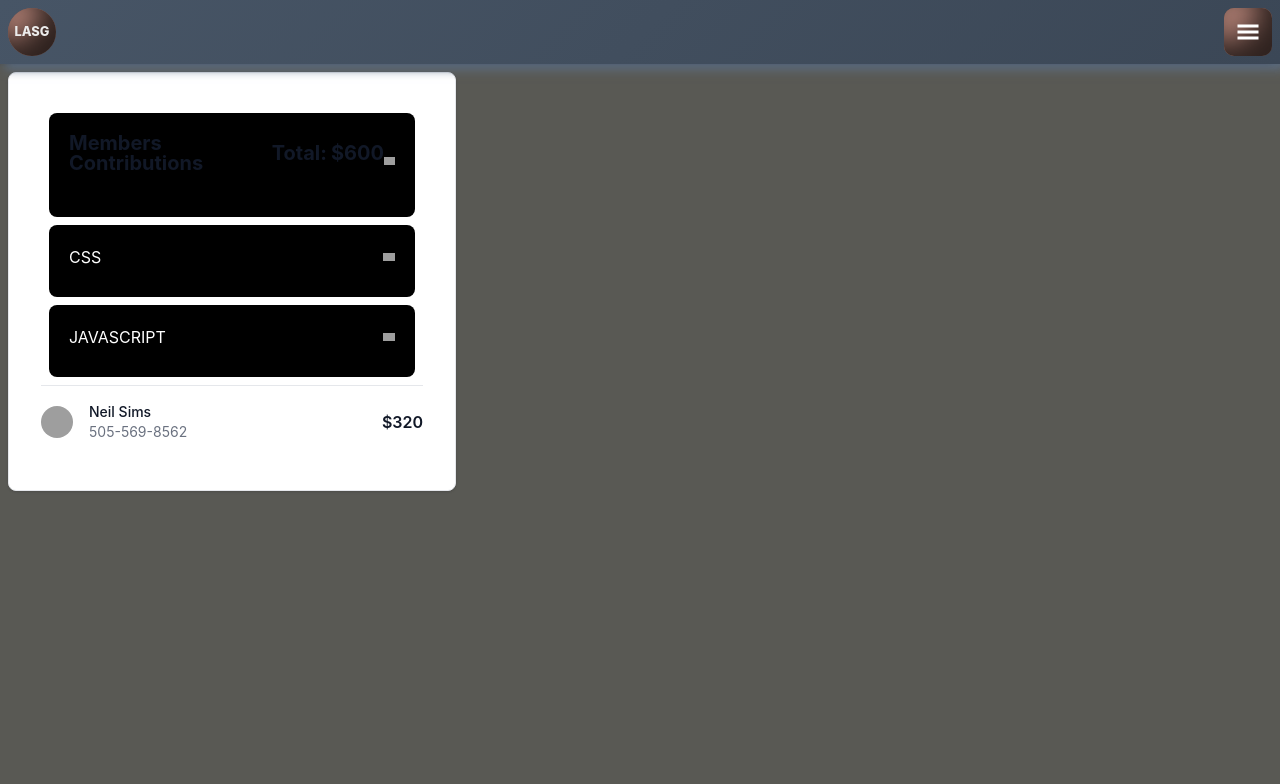
Repository: ShindanoSingi/LA-Swahili-Group
Page: /about (app in client/)
The author's editor kept a copy of each file at every save. The page is drawn from the files as they stood at one save, then again after the next save.
The browser window is 1280 px wide. The pictures show the whole page.
Pictures or frames that could not be fetched are drawn as grey boxes. The project was rebuilt for these pictures with package versions that can differ from the ones it lists, and the page was loaded fresh each time. Also part of the build but not shown: client/src/pages/error/Error.css, client/src/pages/error/Error.js, client/src/pages/home/Home.js, client/src/pages/contact/Contact.js, client/src/pages/login/Login.js, client/src/pages/userDashBoard/UserDashBoard.js.

Above is the page before, as saved 2024-02-09 12:37:30.

### client/src/index.js
import React from 'react';
import ReactDOM from 'react-dom/client';
import './index.css';
import App from './App';
import reportWebVitals from './reportWebVitals';
import { Provider } from "react-redux";
import store from './redux/store';
import { BrowserRouter } from 'react-router-dom';


const root = ReactDOM.createRoot(document.getElementById('root'));
root.render(
  <Provider store={store}>
    <BrowserRouter>
    <App />
    </BrowserRouter>
  </Provider>
);

// If you want to start measuring performance in your app, pass a function
// to log results (for example: reportWebVitals(console.log))
// or send to an analytics endpoint. Learn more: https://bit.ly/CRA-vitals
reportWebVitals();

### client/src/index.css
@tailwind base;
@tailwind components;
@tailwind utilities;

:root{
  --primary: #424F5F;
  --secondary: #F3F3F3;
  --tertiary: #F4A261;
  --quaternary: #2A9D8F;
  --quinary: #E9C46A;

}

body {
  margin: 0;
  font-family: -apple-system, BlinkMacSystemFont, 'Segoe UI', 'Roboto', 'Oxygen',
    'Ubuntu', 'Cantarell', 'Fira Sans', 'Droid Sans', 'Helvetica Neue',
    sans-serif;
  -webkit-font-smoothing: antialiased;
  -moz-osx-font-smoothing: grayscale;
}

.container{
  max-height: 100vh;
  background-color: var(--primary);
}

.container {
  display: flex;
  justify-content: center;
  align-items: center;
  height: 100vh;
}

.logo{
  height: 100dvh;
}

### client/src/App.js
import Header from "./components/header/Header";
import Error from "./pages/error/Error";
import Home from "./pages/home/Home";
import { Routes, Route, useNavigate } from "react-router-dom";
import About from "./pages/about/About";
import Contact from "./pages/contact/Contact";
import Login from "./pages/login/Login";
import UserDashBoard from "./pages/userDashBoard/UserDashBoard";
import SuperUsersDashBoard from "./pages/superUsersDashBoard/SuperUsersDashBoard";
import { useEffect } from "react";


function App() {

      const navigate = useNavigate()

      const user = 'superuser';

      useEffect(() => {
            if (user === 'superuser') {
                  navigate('/superuser')
            }
      })

      return (
            <>
                  <Header />
                  <Routes>
                        <Route path="/" element={<Home />} />
                        <Route path="/about" element={<About />} />
                        <Route path="/contact" element={<Contact />} />
                        <Route path="/login" element={<Login />} />
                        <Route path="/user" element={<UserDashBoard/>} />
                        <Route path="/superuser" element={<SuperUsersDashBoard/>} />
                        <Route path="/admin" element={<adminDashBoard/>} />
                        <Route
                              path="/:rest*"
                              element={
                                    <h1>
                                          <Error />
                                    </h1>
                              }
                        />
                  </Routes>
            </>
      );
}

export default App;

### client/src/redux/store.js
import { configureStore } from "@reduxjs/toolkit";

import userReducer from "./userSlice";

const store = configureStore({
    reducer: {
        userReducer,
    },
});

export default store;

### client/src/components/header/Header.js
import React, { useState } from "react";
import "./Header.css";
import { GiHamburgerMenu } from "react-icons/gi";
import { Link } from "react-router-dom";

function Header() {
      const [show, setShow] = useState(false);

      return (
            <div className="header fixed top-0 w-full flex items-center justify-between p-2">
                  <div className="w-12 h-12 rounded-full text-[0.8rem] logo-button flex font-extrabold text-[#EBEBEB] justify-center items-center">
                        LASG
                  </div>
                  <div className="hambourger h-12 w-12 flex items-center justify-center">
                        <GiHamburgerMenu
                              className="text-[#FFFFFF] text-2xl"
                              onClick={() => setShow(!show)}
                        />
                  </div>
                  {show && (
                        <ul className="flex flex-col items-center p-2 top-[4.2rem] right-2 menu text-[#FFFFFF] absolute">
                              <Link to="/" onClick={() => setShow(!show)}>
                                    <li className="menu-item">Home</li>
                              </Link>
                              <Link to="/about" onClick={() => setShow(!show)}>
                                    <li className="menu-item">About</li>
                              </Link>
                              <Link
                                    to="/contact"
                                    onClick={() => setShow(!show)}
                              >
                                    <li className="menu-item">Contact</li>
                              </Link>
                              <Link to="/login" onClick={() => setShow(!show)}>
                                    <li className="menu-item">Login</li>
                              </Link>
                        </ul>
                  )}
            </div>
      );
}

export default Header;

### client/src/pages/about/About.js
import React from "react";

function About() {
      return (
            <div className="mt-[4rem] min-h-[100vh] bg-cyan-700">
                  <div className="block max-w-sm p-6 bg-white border border-gray-200 rounded-lg shadow hover:bg-gray-100 dark:bg-gray-800 dark:border-gray-700 dark:hover:bg-gray-700">
                        <h5 className="mb-2 text-2xl font-bold tracking-tight text-gray-900 dark:text-white">
                              About Us
                        </h5>
                        <p className="font-normal text-gray-700 dark:text-gray-400">
                              Lorem ipsum dolor sit amet, consectetur adipiscing
                              elit. Sed do eiusmod tempor incididunt ut labore
                              et dolore magna aliqua. Ut enim ad minim veniam,
                              quis nostrud exercitation ullamco laboris nisi ut
                              aliquip ex ea commodo consequat. Duis aute irure
                              dolor in reprehenderit in voluptate velit esse
                              cillum dolore eu fugiat nulla pariatur. Excepteur
                              sint occaecat cupidatat non proident, sunt in
                              culpa qui officia deserunt mollit anim id est
                              laborum. Lorem ipsum dolor sit amet, consectetur
                              adipiscing elit. Nulla nec libero eu arcu
                              efficitur iaculis. Vestibulum sit amet semper
                              risus. Donec convallis nisi non tortor euismod,
                              vitae convallis ex tincidunt. Nullam luctus
                              tincidunt lacus, in ultricies enim malesuada non.
                              Sed ac purus in nunc dignissim ultrices nec eu
                              nisi. Duis vel lectus vel libero molestie
                              fermentum. Sed in dictum lacus. Lorem ipsum dolor
                              sit amet, consectetur adipiscing elit. Morbi
                              lobortis vestibulum odio, vitae dignissim justo
                              ultricies sit amet. Vestibulum sed fringilla leo,
                              eget egestas tellus. Curabitur non felis sit amet
                              eros tincidunt ullamcorper. Vestibulum nec diam
                              risus. Cras tincidunt felis nec justo ultricies
                              condimentum. Quisque porttitor eros vitae libero
                              venenatis, id dictum justo fringilla. Donec eu
                              ante vitae odio pharetra rutrum eget nec sem.
                        </p>
                  </div>
            </div>
      );
}

export default About;

### client/src/pages/superUsersDashBoard/SuperUsersDashBoard.js
import React from "react";

function SuperUsersDashBoard() {
      return (
            <div className="mt-[4rem] pt-2 px-2 min-h-[100vh] bg-[#595954] text-[#FFFFFF]">
                  <div className="w-full max-w-md p-4 bg-white border border-gray-200 rounded-lg shadow sm:p-8 dark:bg-gray-800 dark:border-gray-700">

                        <div className="flow-root max-h-[82vh] overflow-y-auto">
                              <ul
                                    role="list"
                                    className="divide-y divide-gray-200 dark:divide-gray-700"
                              >
                                    <div class="m-2 space-y-2">
                                          <div
                                                class="group flex flex-col gap-2 rounded-lg bg-black p-5 text-white"
                                                tabindex="1"
                                          >
                                                <div class="flex cursor-pointer items-center justify-between">
                                                <div className="flex items-center justify-between mb-4">
                              <h5 className="text-xl font-bold leading-none text-gray-900 dark:text-white">
                                    Members Contributions
                              </h5>
                              <div className="flex gap-1">
                                    <h2 className="text-xl font-bold leading-none text-gray-900 dark:text-white">
                                          Total:
                                    </h2>
                                    <h2 className="text-xl font-bold leading-none text-gray-900 dark:text-white">
                                          $600
                                    </h2>
                              </div>
                        </div>
                                                      <img
                                                            src="https://upload.wikimedia.org/wikipedia/commons/9/96/Chevron-icon-drop-down-menu-WHITE.png"
                                                            class="h-2 w-3 transition-all duration-500 group-focus:-rotate-180"
                                                      />
                                                </div>
                                                <div class="invisible h-auto max-h-0 items-center opacity-0 transition-all group-focus:visible group-focus:max-h-screen group-focus:opacity-100 group-focus:duration-1000">
                                                      Lorem ipsum dolor sit
                                                      amet, consectetur
                                                      adipiscing elit, sed do
                                                      eiusmod tempor incididunt
                                                      ut labore et dolore magna
                                                      aliqua. Ut enim ad minim
                                                      veniam, quis nostrud
                                                      exercitation ullamco
                                                      laboris nisi ut aliquip ex
                                                      ea commodo consequat.
                                                </div>
                                          </div>

                                          <div
                                                class="group flex flex-col gap-2 rounded-lg bg-black p-5 text-white"
                                                tabindex="2"
                                          >
                                                <div class="flex cursor-pointer items-center justify-between">
                                                      <span> CSS </span>
                                                      <img
                                                            src="https://upload.wikimedia.org/wikipedia/commons/9/96/Chevron-icon-drop-down-menu-WHITE.png"
                                                            class="h-2 w-3 transition-all duration-500 group-focus:-rotate-180"
                                                      />
                                                </div>
                                                <div class="invisible h-auto max-h-0 items-center opacity-0 transition-all group-focus:visible group-focus:max-h-screen group-focus:opacity-100 group-focus:duration-1000">
                                                      Lorem ipsum dolor sit
                                                      amet, consectetur
                                                      adipiscing elit, sed do
                                                      eiusmod tempor incididunt
                                                      ut labore et dolore magna
                                                      aliqua. Ut enim ad minim
                                                      veniam, quis nostrud
                                                      exercitation ullamco
                                                      laboris nisi ut aliquip ex
                                                      ea commodo consequat.
                                                </div>
                                          </div>

                                          <div
                                                class="group flex flex-col gap-2 rounded-lg bg-black p-5 text-white"
                                                tabindex="3"
                                          >
                                                <div class="flex cursor-pointer items-center justify-between">
                                                      <span> JAVASCRIPT </span>
                                                      <img
                                                            src="https://upload.wikimedia.org/wikipedia/commons/9/96/Chevron-icon-drop-down-menu-WHITE.png"
                                                            class="h-2 w-3 transition-all duration-500 group-focus:-rotate-180"
                                                      />
                                                </div>
                                                <div class="invisible h-auto max-h-0 items-center opacity-0 transition-all group-focus:visible group-focus:max-h-screen group-focus:opacity-100 group-focus:duration-1000">
                                                      Lorem ipsum dolor sit
                                                      amet, consectetur
                                                      adipiscing elit, sed do
                                                      eiusmod tempor incididunt
                                                      ut labore et dolore magna
                                                      aliqua. Ut enim ad minim
                                                      veniam, quis nostrud
                                                      exercitation ullamco
                                                      laboris nisi ut aliquip ex
                                                      ea commodo consequat.
                                                </div>
                                          </div>
                                    </div>

                                    <li className={`py-3 sm:py-4`}>
                                          <div className="flex items-center">
                                                <div className="flex-shrink-0">
                                                      <img
                                                            className="w-8 h-8 rounded-full"
                                                            src="https://picsum.photos/200/300"
                                                            alt="Neil imager"
                                                      />
                                                </div>
                                                <div className="flex-1 min-w-0 ms-4">
                                                      <p className="text-sm font-medium text-gray-900 truncate dark:text-white">
                                                            Neil Sims
                                                      </p>
                                                      <p className="text-sm text-gray-500 truncate dark:text-gray-400">
                                                            505-569-8562
                                                      </p>
                                                </div>
                                                <div className="inline-flex items-center text-base font-semibold text-gray-900 dark:text-white">
                                                      $320
                                                </div>
                                          </div>
                                    </li>
                              </ul>
                        </div>
                  </div>
            </div>
      );
}

export default SuperUsersDashBoard;

### client/src/redux/userSlice.js
import {createSlice} from '@reduxjs/toolkit';

const userSlice = createSlice({
    name: 'user',
    initialState: {
        user: null,
    },
    reducers: {
        setUser: (state, action) => {
            state.user = action.payload;
        },
    },
});

export const {setUser} = userSlice.actions;
export default userSlice.reducer;

### client/src/components/header/Header.css
.header {
    border-radius: 0px;
background: linear-gradient(315deg, #3b4756, #475566);
box-shadow:  -5px -5px 10px #262e37,
             5px 5px 10px #5e7087;
}

.logo-button {
    border-radius: 50%;
    background: #6E5049;
    box-shadow: inset -14px -14px 27px #2d211e, inset 14px 14px 27px #af7f74;
}

.hambourger {
    border-radius: 10px;
    background: #6E5049;
    box-shadow: inset -14px -14px 27px #2d211e, inset 14px 14px 27px #af7f74;
}

.menu {
    border-radius: 9px;
    background: #3E5F75;
    box-shadow: inset -5px -5px 10px #38556c, inset 5px 5px 10px #5885a8;
    padding: 0.5rem;
}

.menu-item{
    border-radius: 7px;
background: #486D8A;
box-shadow: inset -15px -15px 13px #2a3f50,
            inset 15px 15px 13px #669bc4;
            width: 5rem;
            text-align: center;
            margin: 0.2rem;
            padding: 0.2rem 0.5rem;
}

Loaded but not shown: client/public/index.html (common file); client/src/reportWebVitals.js (common file); client/tailwind.config.js (common file)

After the next save:
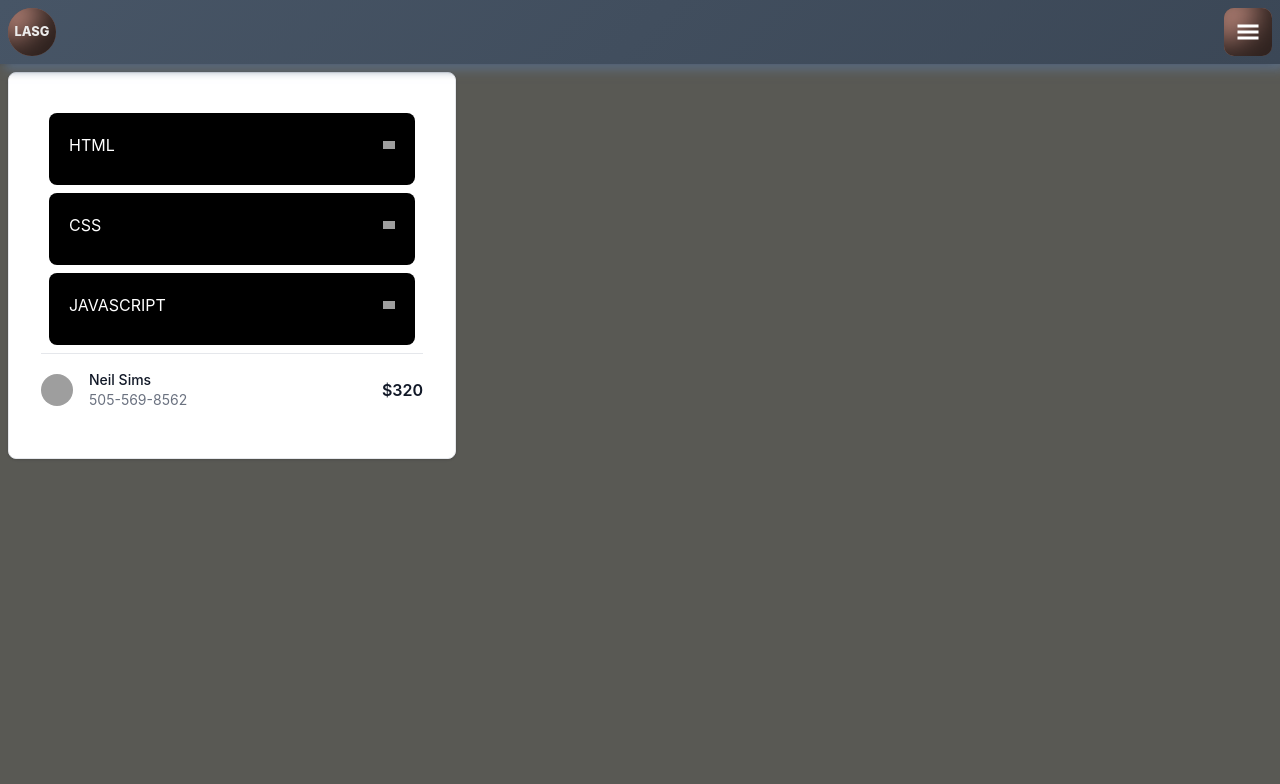
Saved 17 s later.
--- a/client/src/pages/superUsersDashBoard/SuperUsersDashBoard.js
+++ b/client/src/pages/superUsersDashBoard/SuperUsersDashBoard.js
@@ -16,19 +16,7 @@ function SuperUsersDashBoard() {
                                                 tabindex="1"
                                           >
                                                 <div class="flex cursor-pointer items-center justify-between">
-                                                <div className="flex items-center justify-between mb-4">
-                              <h5 className="text-xl font-bold leading-none text-gray-900 dark:text-white">
-                                    Members Contributions
-                              </h5>
-                              <div className="flex gap-1">
-                                    <h2 className="text-xl font-bold leading-none text-gray-900 dark:text-white">
-                                          Total:
-                                    </h2>
-                                    <h2 className="text-xl font-bold leading-none text-gray-900 dark:text-white">
-                                          $600
-                                    </h2>
-                              </div>
-                        </div>
+                                                      <span> HTML </span>
                                                       <img
                                                             src="https://upload.wikimedia.org/wikipedia/commons/9/96/Chevron-icon-drop-down-menu-WHITE.png"
                                                             class="h-2 w-3 transition-all duration-500 group-focus:-rotate-180"
